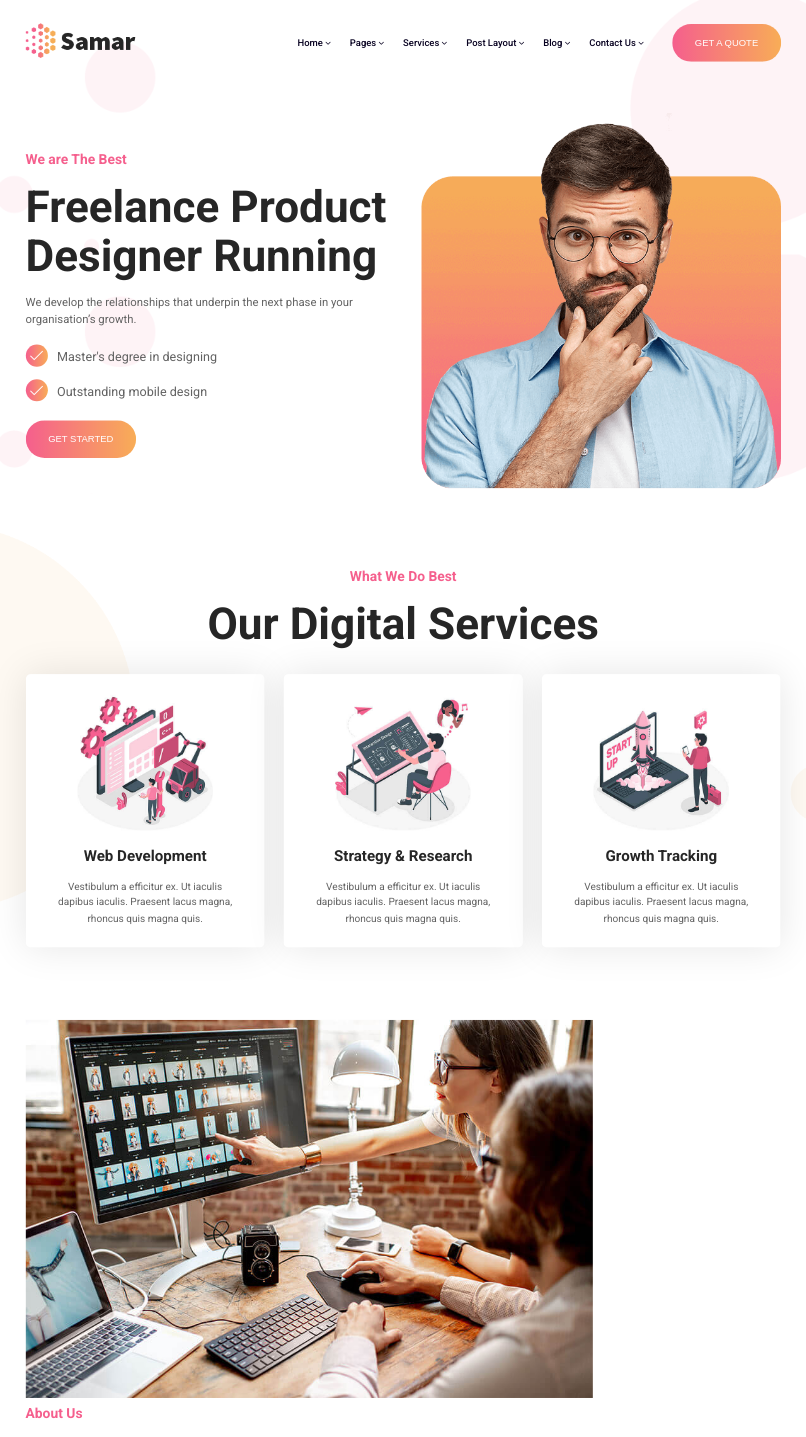
Repository: ducdatit2002/samar
Page: index.html
An editor plug-in stored every save of this project. The page is shown before and after a run of saves, followed by the edit.
The browser window is 1280 px wide. The pictures show the whole page, at 63% of full size.

Above is the page before, as saved 2023-07-26 23:56:08.

After the next 2 saves:
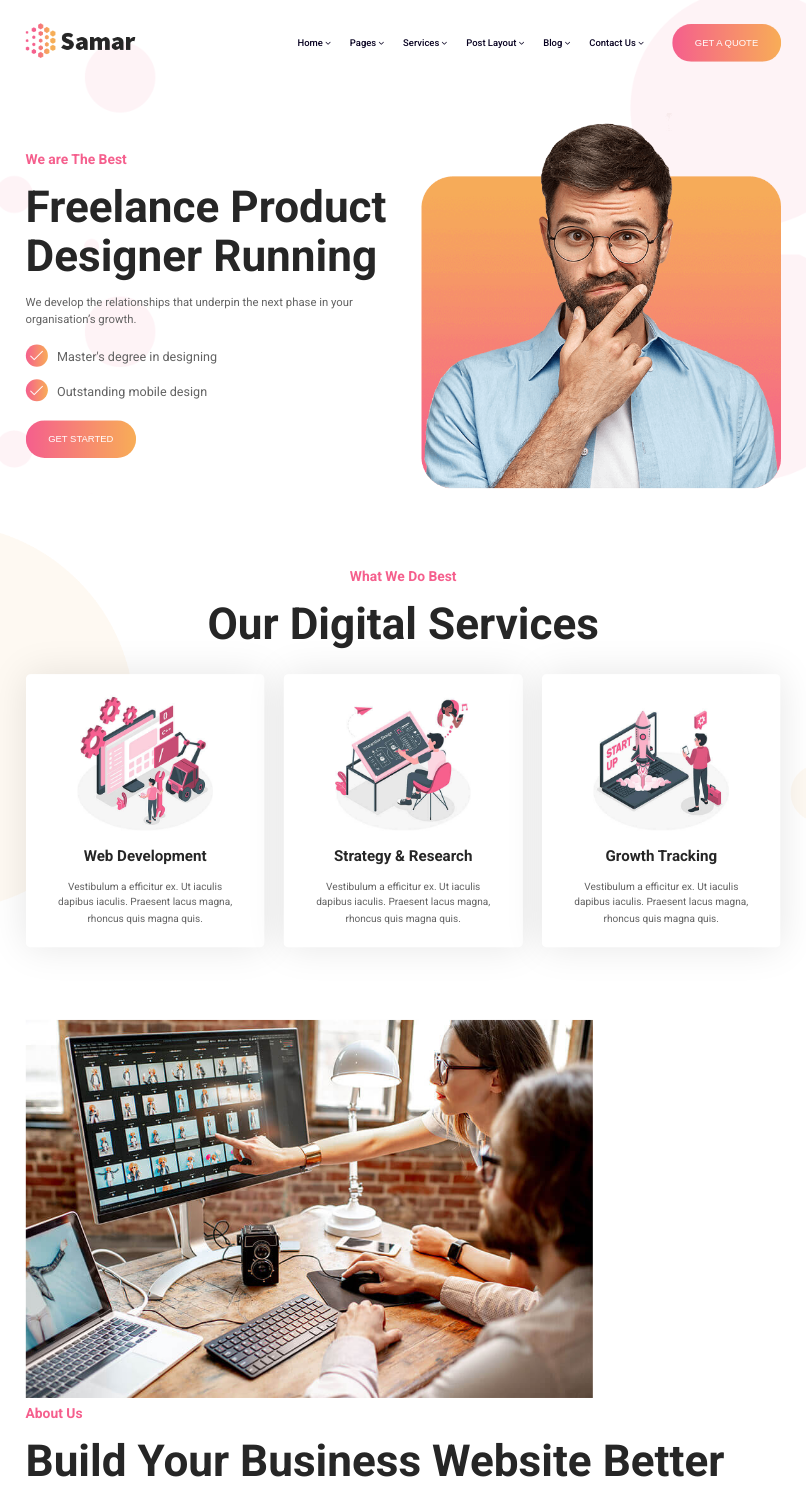
The 2 saves are shown as one change because they came seconds apart.
The last was saved 13 s later.
--- a/index.html
+++ b/index.html
@@ -158,7 +158,8 @@
           <div class="aboutUs__right">
             <div class="title">
               <p>About Us</p>
-              <h2></h2>
+              <h2>Build Your
+Business Website Better</h2>
             </div>
           </div>
         </div>
